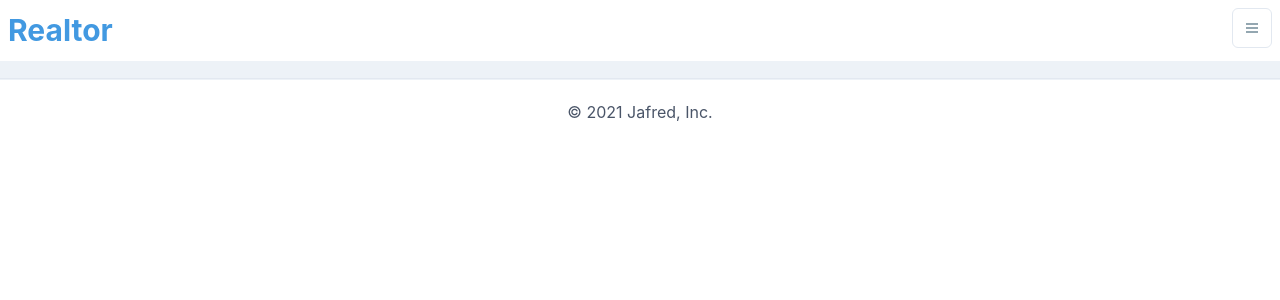
Repository: jafredk/Realestate
Page: /search
An editor plug-in stored every save of this project. The page is shown before and after the next save, followed by the edit.
The browser window is 1280 px wide. The pictures show the whole page.
The project was rebuilt for these pictures with package versions that can differ from the ones it lists, and the page was loaded fresh each time. The framework's server and built-in components were replaced by stand-ins that run in the browser. Also part of the build but not shown: next.config.js.

Above is the page before, as saved 2022-01-27 12:09:15.

### pages/_app.js
import Router from 'next/router';
import Head from 'next/head';
import NProgress from 'nprogress';
import { ChakraProvider } from '@chakra-ui/react';

import Layout from '../components/Layout';

function MyApp({ Component, pageProps }) {
  return (
    <>
      <Head>

      </Head>

      <ChakraProvider>
        <Layout>
          <Component {...pageProps} />
        </Layout>
      </ChakraProvider>
    </>
  )
}

export default MyApp

### pages/search.js
import { useState } from 'react';
import { useRouter } from 'next/router';
import Image from 'next/image'
import { Flex, Box, Text, Icon } from '@chakra-ui/react';
import { BsFilter } from 'react-icons/bs';



const Search = ({ properties }) => {
    const [searchFilters, setSearchFilters] = useState(false);
    const router = useRouter();

    return (
        <Box>
            <Flex
             onClick={() => setSearchFilters(!searchFilters)}
             cursor='pointer'
             bg='gray.100'
             borderBottom='1px'
             borderColor='gray.200'
             p='2'
             fontWeight='black'
             fontSize='lg'
             justifyContent='center'
             alignItems='center'
            >

            </Flex>
        </Box>
    )
}

export default Search;

### components/Layout.jsx
import Head from 'next/head';
import { Box } from '@chakra-ui/react';
import Navbar from './Navbar';
import Footer from './Footer';


export default function Layout({ children }) {
  return (
    <>
      <Head>
        <title>Real Estate</title>
      </Head>
      <Box maxWidth='1280px' m='auto'>
        <header>
          <Navbar />
        </header>
        <main>
            {children}
        </main>
        <footer>
          <Footer />
        </footer>
      </Box>
    </>
  );
}

### components/Navbar.jsx
import Link from 'next/link';
import { Menu, MenuButton, MenuList, MenuItem, IconButton, Flex, Box, Spacer } from '@chakra-ui/react';
import { FcMenu, FcHome, FcAbout } from 'react-icons/fc';
import { BsSearch } from 'react-icons/bs';
import { FiKey } from 'react-icons/fi';


const Navbar = () => (
    <Flex p='2' borderBottom='1px' borderColor='gray.100'>
      <Box fontSize='3xl' color='blue.400' fontWeight='bold'>
        <Link href='/' paddingLeft='2'>Realtor</Link>
      </Box>
      <Spacer />
      <Box>
        <Menu>
          <MenuButton as={IconButton} icon={<FcMenu />} variant='outline' color='red.400' />
          <MenuList>
            <Link href='/' passHref>
              <MenuItem icon={<FcHome />}>Home</MenuItem>
            </Link>
            <Link href='/search' passHref>
              <MenuItem icon={<BsSearch />}>Search</MenuItem>
            </Link>
            <Link href='/search?purpose=for-sale' passHref>
              <MenuItem icon={<FcAbout />}>Buy Property</MenuItem>
            </Link>
            <Link href='/search?purpose=for-rent' passHref>
              <MenuItem icon={<FiKey />}>Rent Property</MenuItem>
            </Link>
          </MenuList>
        </Menu>
      </Box>
    </Flex>
  );

  export default Navbar;

### components/Footer.jsx
import { Box } from '@chakra-ui/layout';

const Footer = () => (
  <Box textAlign='center' p='5' color='gray.600' borderTop='1px' borderColor='gray.100'>
    © 2021 Jafred, Inc.
  </Box>
);

export default Footer;

After the next save:
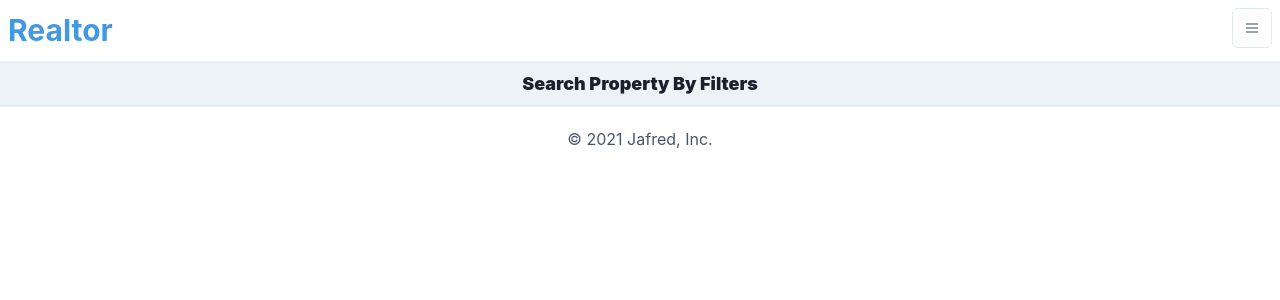
Saved 58 s later.
--- a/pages/search.js
+++ b/pages/search.js
@@ -24,6 +24,7 @@ const Search = ({ properties }) => {
              justifyContent='center'
              alignItems='center'
             >
+                <Text>Search Property By Filters</Text>
 
             </Flex>
         </Box>
